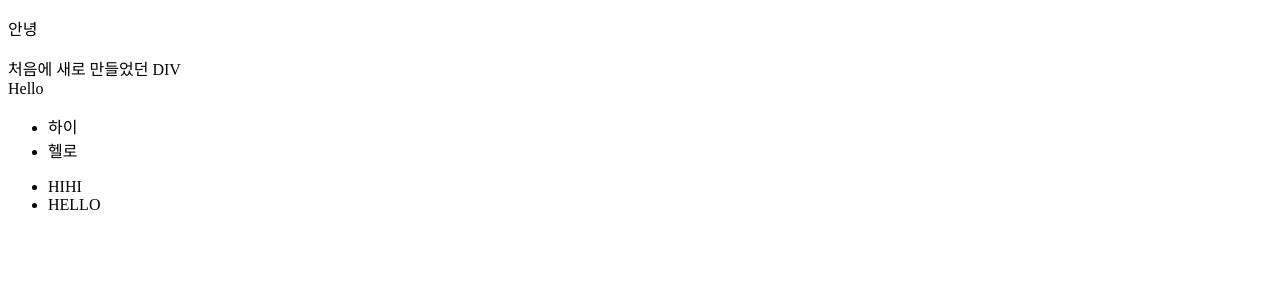
Repository: Baechangho/JavaBasic
Page: workspace_web/Front/src/main/webapp/jquery/jq_07.html
These files come from the project's save history. The page is drawn as it stood at one moment and after the next save; the edit follows.
The browser window is 1280 px wide. The pictures show the whole page.

Above is the page before, as saved 2023-08-09 06:32:43.

After the next save:
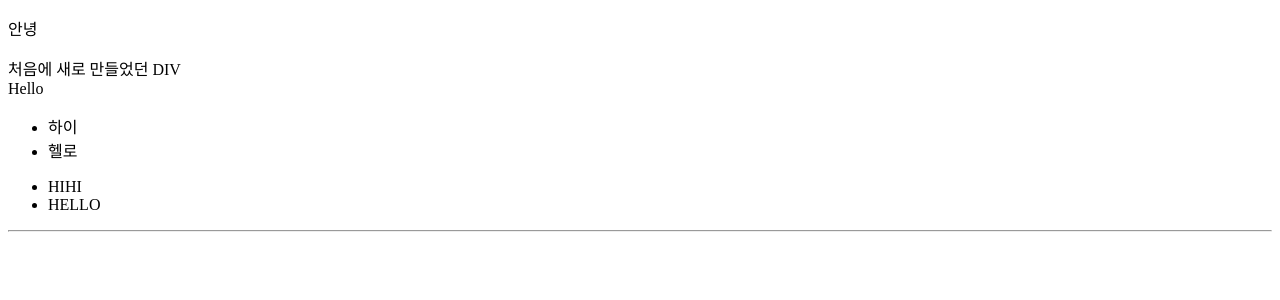
Saved 31 s later.
--- a/workspace_web/Front/src/main/webapp/jquery/jq_07.html
+++ b/workspace_web/Front/src/main/webapp/jquery/jq_07.html
@@ -51,6 +51,8 @@ $(function() {
 	//객체 복사하기
 	var $cloneDiv = $newDiv.clone()
 
+	$(document.body).append("<hr>")
+
 
 
 
